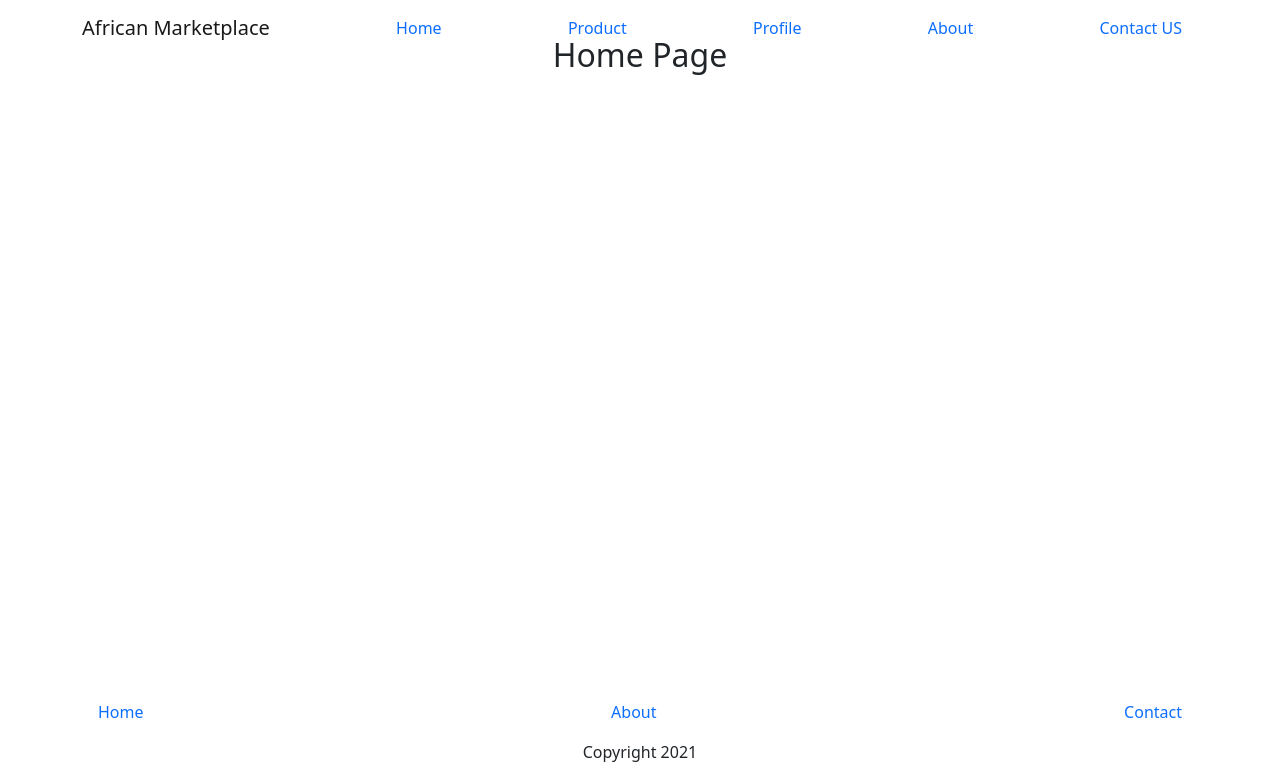
Repository: NelsonMaldonado/AfricanMarketplace
Page: / (app in african-marketplace/)
An editor plug-in stored every save of this project. The page is shown before and after the next save, followed by the edit.
The browser window is 1280 px wide. The pictures show the whole page.
The project was rebuilt for these pictures with package versions that can differ from the ones it lists, and the page was loaded fresh each time. Also part of the build but not shown: african-marketplace/src/component/404.js, african-marketplace/src/page/about.js, african-marketplace/src/page/product.js, african-marketplace/src/page/profile.js, african-marketplace/src/page/contact.js.

Above is the page before, as saved 2021-08-23 08:21:43.

### african-marketplace/src/App.js
import "./App.css";
import HomePage from "./page/home";
import NavigationBar from "./component/navigation-bar";
import Page404 from "./component/404";
import Footer from "./component/footer";
import AboutPage from "./page/about";
import ProductPage from "./page/product";
import ProfilePage from "./page/profile";
import ContactPage from "./page/contact";
import { BrowserRouter, Route, Switch } from "react-router-dom";

function App() {
  return (
    <div className="App">
      <header>
        <NavigationBar />
      </header>
      <main>
        <BrowserRouter>
          <Switch>
            <Route exact path="/">
              <HomePage />
            </Route>
            <Route path="/product">
              <ProductPage />
            </Route>
            <Route path="/profile">
              <ProfilePage />
            </Route>
            <Route path="/About">
              <AboutPage />
            </Route>
            <Route path="/Contact">
              <ContactPage />
            </Route>

            <Route>
              <Page404 />
            </Route>
          </Switch>
        </BrowserRouter>
      </main>
      <footer>
        <Footer />
      </footer>
    </div>
  );
}

export default App;

### african-marketplace/src/App.css
.App {
  text-align: center;
}

.App-logo {
  height: 40vmin;
  pointer-events: none;
}

@media (prefers-reduced-motion: no-preference) {
  .App-logo {
    animation: App-logo-spin infinite 20s linear;
  }
}

.App-header {
  background-color: #282c34;
  min-height: 100vh;
  display: flex;
  flex-direction: column;
  align-items: center;
  justify-content: center;
  font-size: calc(10px + 2vmin);
  color: white;
}

.App-link {
  color: #61dafb;
}

header{
  height:5vh;
}

footer{
  height:5vh;
}

main{
  height:90vh;
}

@keyframes App-logo-spin {
  from {
    transform: rotate(0deg);
  }
  to {
    transform: rotate(360deg);
  }
}

### african-marketplace/src/page/home.js
import React from "react";

export default function HomePage(props) {
  return (
    <div>
      <h2>Home Page</h2>
    </div>
  );
}

### african-marketplace/src/component/navigation-bar.js
import { Navbar, Nav, Container } from "react-bootstrap";
import "bootstrap/dist/css/bootstrap.min.css";

export default function NavigationBar(props) {
  return (
    <Navbar>
      <Container>
        <Navbar.Brand href="#">African Marketplace</Navbar.Brand>
        <Nav.Link href="/">Home</Nav.Link>
        <Nav.Link href="/product">Product</Nav.Link>
        <Nav.Link href="/profile">Profile</Nav.Link>
        <Nav.Link href="/about">About</Nav.Link>
        <Nav.Link href="/contact">Contact US</Nav.Link>
      </Container>
    </Navbar>
  );
}

### african-marketplace/src/component/footer.js
import { Navbar, Nav, Container } from "react-bootstrap";
import "bootstrap/dist/css/bootstrap.min.css";

export default function Footer(props) {
  return (
    <div>
      <Navbar>
        <Container>
          <Nav.Link href="#">Home</Nav.Link>
          <Nav.Link href="#">About</Nav.Link>
          <Nav.Link href="#">Contact</Nav.Link>
        </Container>
      </Navbar>
      <p>Copyright 2021</p>
    </div>
  );
}

Loaded but not shown: african-marketplace/public/index.html (common file); african-marketplace/src/index.js (common file); african-marketplace/src/index.css (common file); african-marketplace/src/reportWebVitals.js (common file)

After the next save:
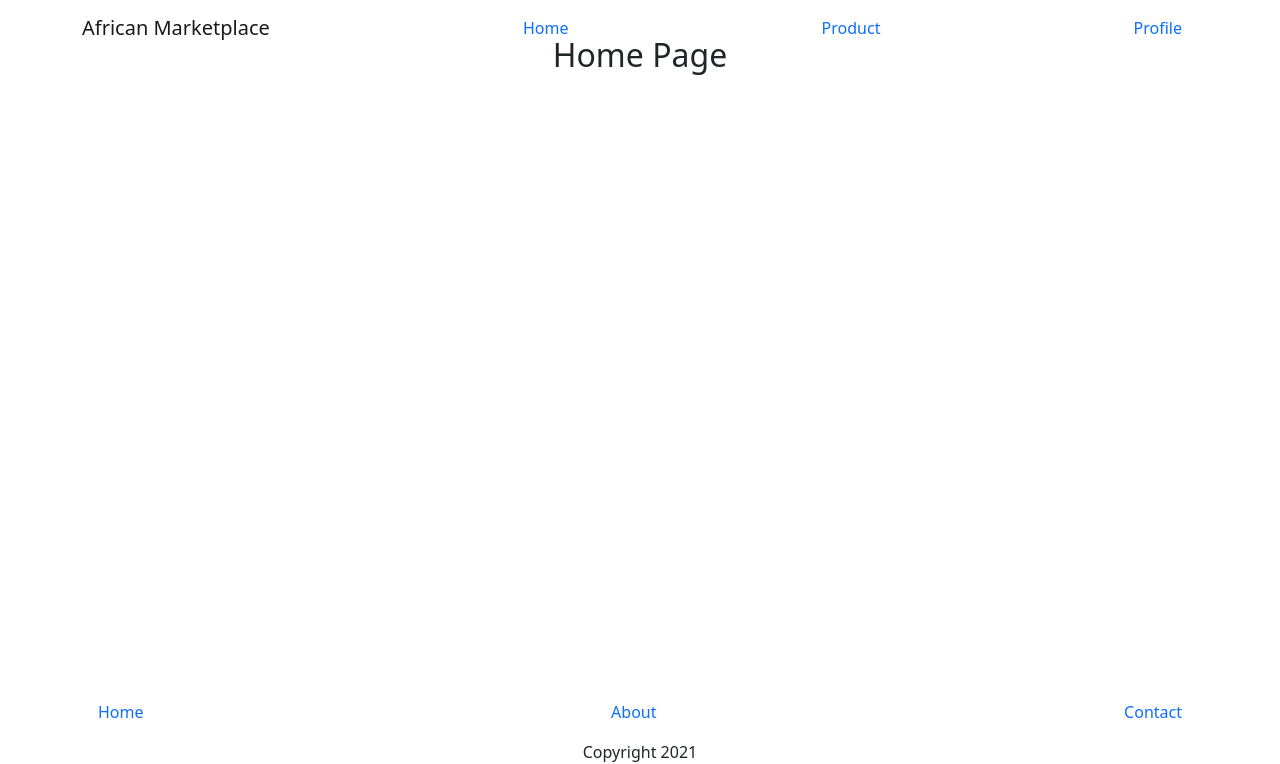
Saved 30 s later.
--- a/african-marketplace/src/component/navigation-bar.js
+++ b/african-marketplace/src/component/navigation-bar.js
@@ -9,8 +9,7 @@ export default function NavigationBar(props) {
         <Nav.Link href="/">Home</Nav.Link>
         <Nav.Link href="/product">Product</Nav.Link>
         <Nav.Link href="/profile">Profile</Nav.Link>
-        <Nav.Link href="/about">About</Nav.Link>
-        <Nav.Link href="/contact">Contact US</Nav.Link>
+
       </Container>
     </Navbar>
   );
